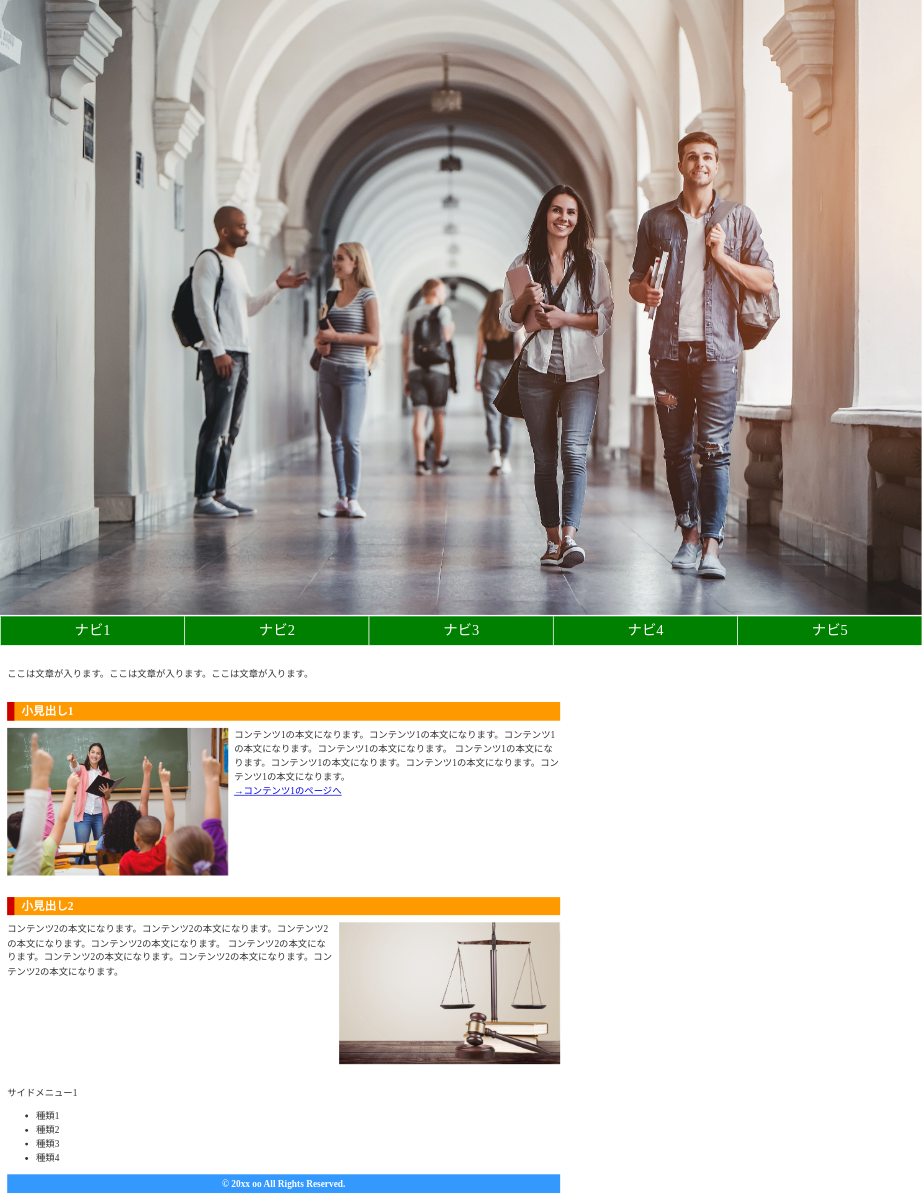
Repository: BenBen-san/Typing-Game
Page: 2nd Trial/home2.html
The author's editor kept a record of every edit. The page is drawn from the files as they stood at one moment, then again after the next edit.
The browser window is 1280 px wide. The pictures show the whole page, at 72% of full size.

Above is the page before.

After the next edit:
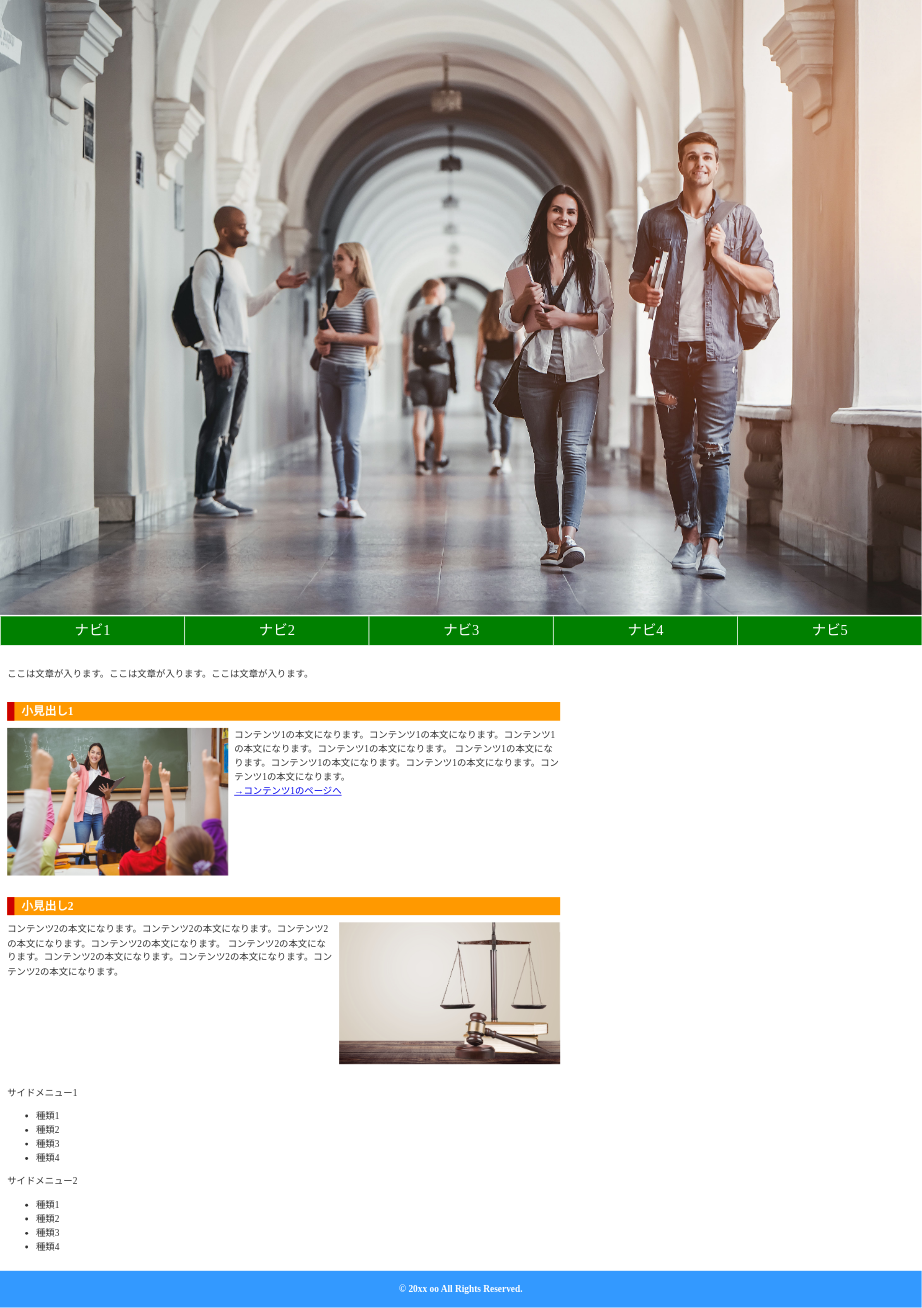
The edit:
--- a/2nd Trial/home2.html
+++ b/2nd Trial/home2.html
@@ -56,8 +56,19 @@
                                 <li class=type>種類3</li>
                                 <li class=type>種類4</li>
                             </ul>
-                        <div >
-
+                        <div class="under-box"></div>
+                        </div>
+                        <div class="sidemenu2">
+                            <p>サイドメニュー2<p>
+                            <ul class="menulist">
+                                <li class=type>種類1</li>
+                                <li class=type>種類2</li>
+                                <li class=type>種類3</li>
+                                <li class=type>種類4</li>
+                            </ul>
+                        <div class="under-box"></div>
+                        </div>
+                    </div>
                 </div>
             </div>
             <div id=footer>
